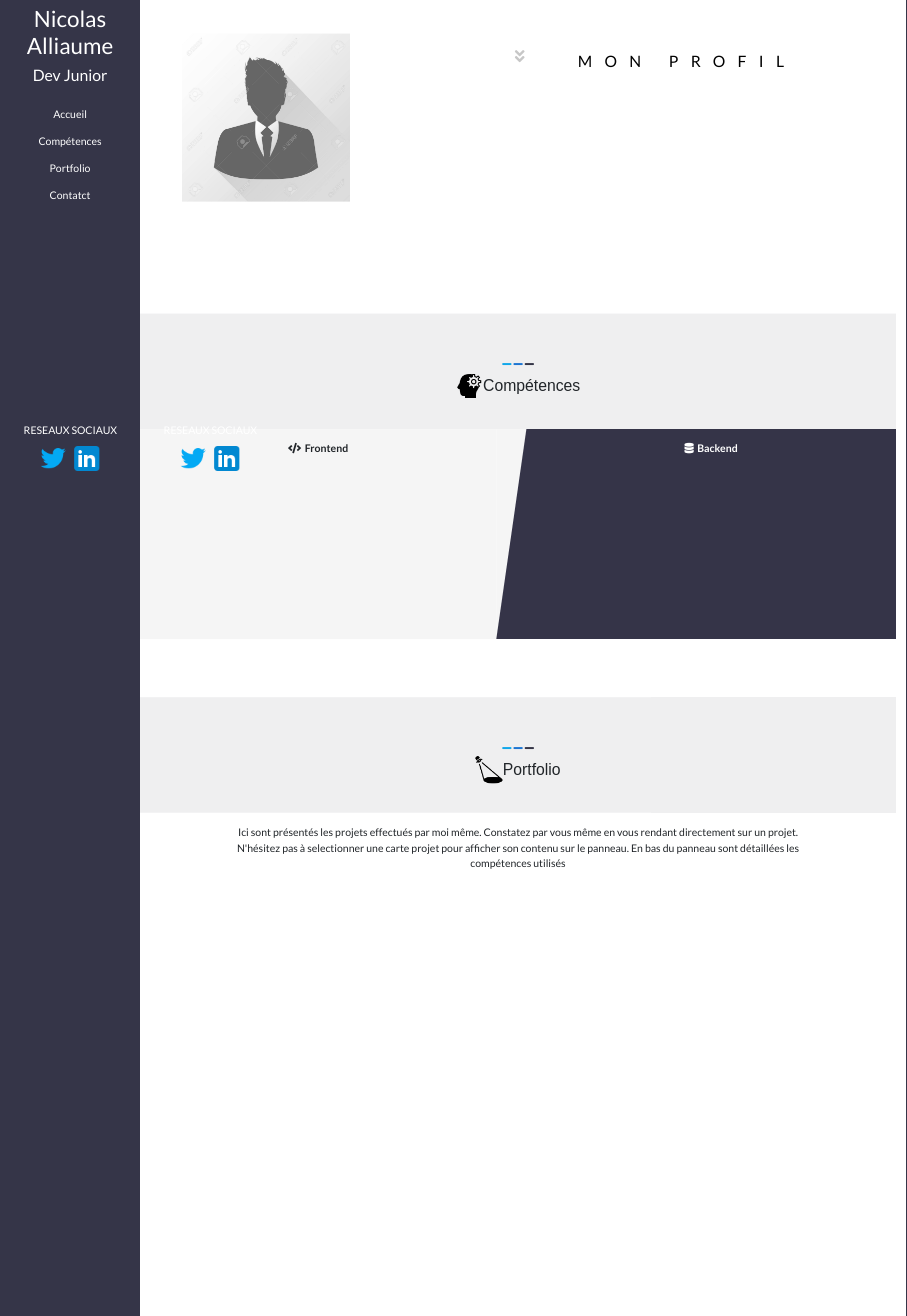
Repository: Nicolas-al/alliaumen
Page: templates/main/index.html.twig
These files come from the project's save history. The page is drawn as it stood at one moment and after the next save; the edit follows.
The browser window is 1280 px wide. The page is 1295 px wide, so the pictures cover 1295 px, including what lies to the right of the window. The pictures show the part of the page from y = 0 to 1880 px (the page is 3101 px tall before and 3046 px after), at 70% of full size.
Some web fonts or font styles are not loaded; a fallback is used. Some web libraries are served in a nearby version. The page is a Twig template of a Symfony application; nobody is signed in and links lead nowhere. The template is opened directly, without the code that normally fills it, so the values that code supplies are empty.

Above is the page before, as saved 2020-10-10 17:23:17.

After the next save:
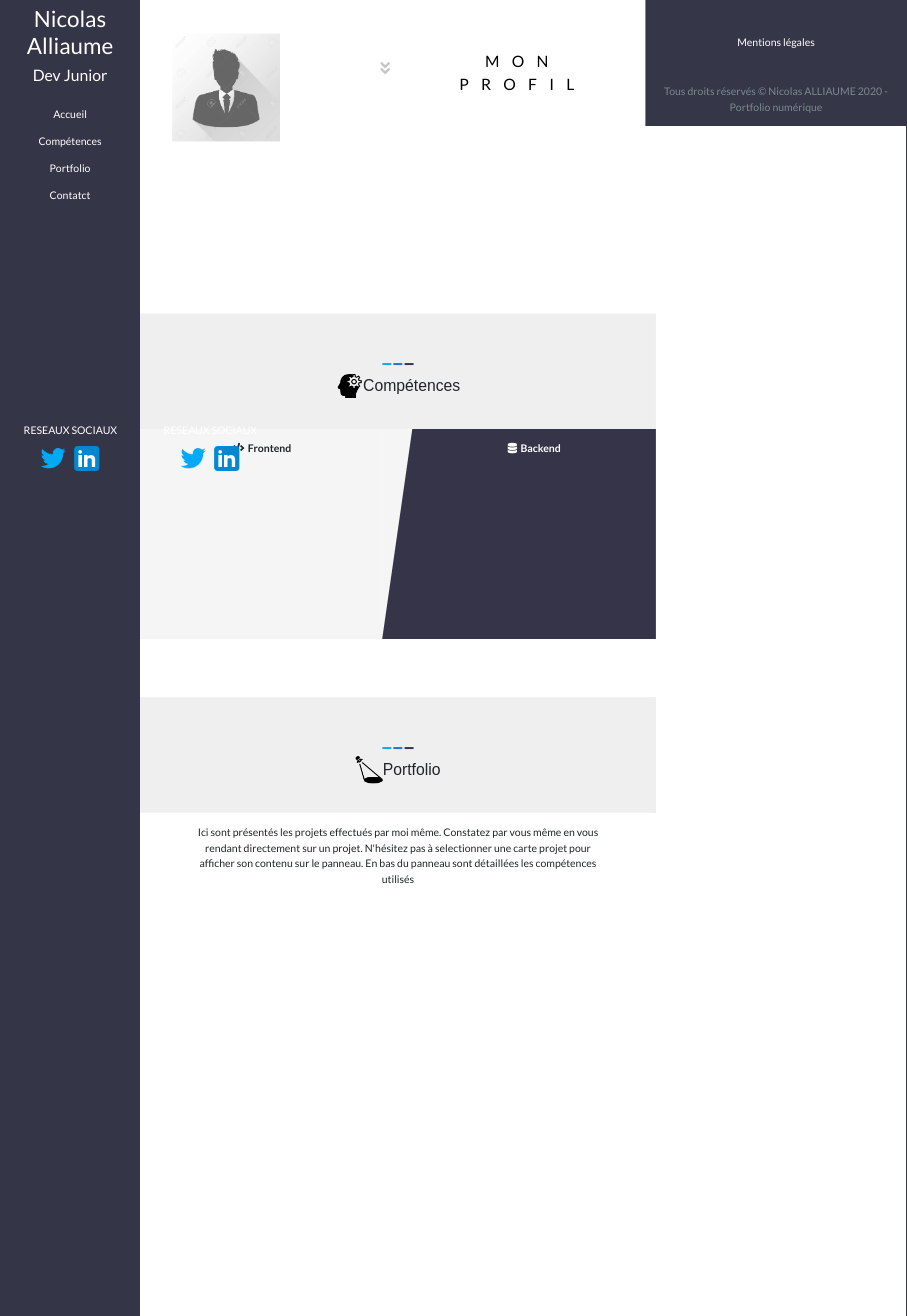
Saved 2 min 31 s later.
--- a/templates/main/index.html.twig
+++ b/templates/main/index.html.twig
@@ -195,15 +195,16 @@
                         laisser un message</a>
                     </button>
                 </div>
-                <div>
-                    {% include 'main/footer.html.twig' %}
-                </div>
+
         </div>
         <div>
         {% include 'contact/index.html.twig' %}
         </div>
 
     </div>
+    <div>
+       {% include 'main/footer.html.twig' %}
+    </div>
 {% endblock %}
 
 
